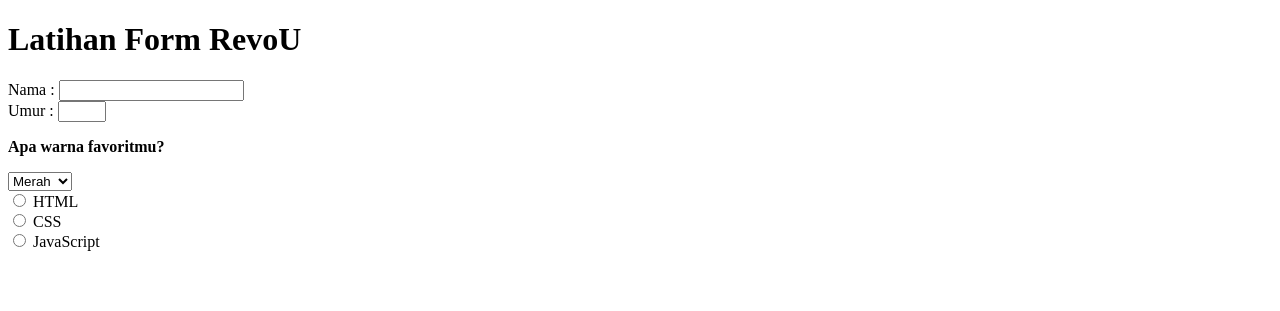
Repository: esramrsln/day2_RevoU
Page: form.html
The author's editor kept a copy of each file at every save. The page is drawn from the files as they stood at one save, then again after a run of saves.
The browser window is 1280 px wide. The pictures show the whole page.

Above is the page before, as saved 2024-07-23 21:31:10.

### form.html
<!DOCTYPE html>
<html>
<head>
    <meta charset="UTF-8" />
    <title>Membuat Form sederhana</title>
</head>
<body>
    <h1>Latihan Form RevoU</h1>
    <form>
        <label for="name">Nama :</label>
        <input id="name" type="text"/>
        <br>
        <label for="umur">Umur :</label>
        <input id="umur" type="number" min="1" max="9">
        <p><b> Apa warna favoritmu?</b></p>
        <select name="" id="">
            <option value="">Merah</option>
            <option value="">Kuning</option>
            <option value="">Hijau</option>
        </select>

        <br>
        <input type="radio" name="fav_language" id="html" value="HTML">
        <label for="html">HTML</label><br>

        <input type="radio" name="fav_language" id="css" value="CSS">
        <label for="html">CSS</label><br>

        <input type="radio" name="fav_language" id="javascript" value="JavaScript">
        <label for="html">JavaScript</label><br>
    </form>
</body>
</html>

After the next 2 saves:
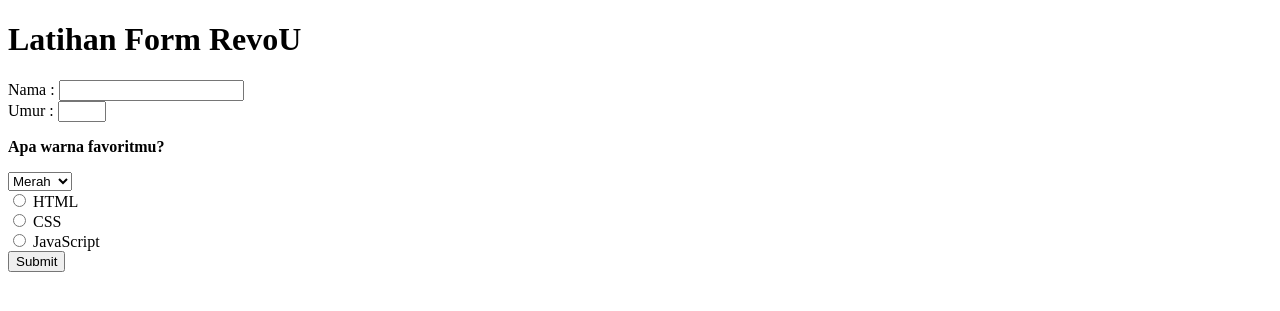
The 2 saves are shown as one change because they came seconds apart.
The last was saved 40 s later.
--- a/form.html
+++ b/form.html
@@ -28,6 +28,8 @@
 
         <input type="radio" name="fav_language" id="javascript" value="JavaScript">
         <label for="html">JavaScript</label><br>
+
+        <input type="submit">
     </form>
 </body>
 </html>
